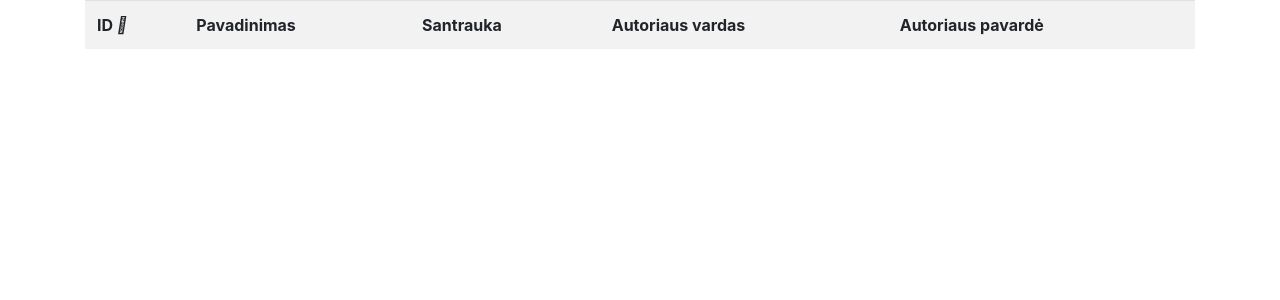
Repository: motiejus1/17-paskaita-PHP-05.31
Page: http://localhost/
The author's editor kept a copy of each file at every save. The page is drawn from the files as they stood at one save, then again after the next save.
The browser window is 1280 px wide. The pictures show the whole page.
Some web libraries are served in a nearby version. The page is run by PHP 8.4 with error messages shown; the project is at /var/www/html/. Queries for data that is not in the repository find no rows.

Above is the page before, as saved 2021-09-16 19:02:22.

After the next save:
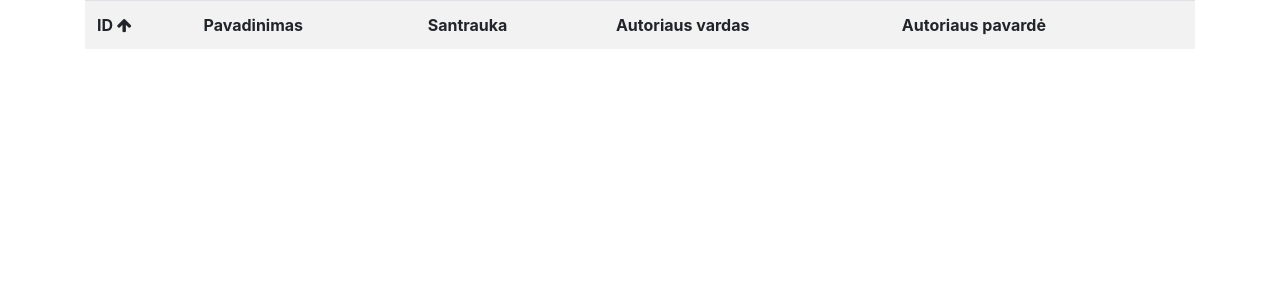
Saved 7 s later.
--- a/index.php
+++ b/index.php
@@ -16,7 +16,7 @@
         <table class="table table-striped">
 
             <tr>
-                <th>ID <i class="fas fa-arrow-up"></i></th>
+                <th>ID <i class="fa fa-arrow-up"></i></th>
                 <th>Pavadinimas</th>
                 <th>Santrauka</th>
                 <th>Autoriaus vardas</th>
